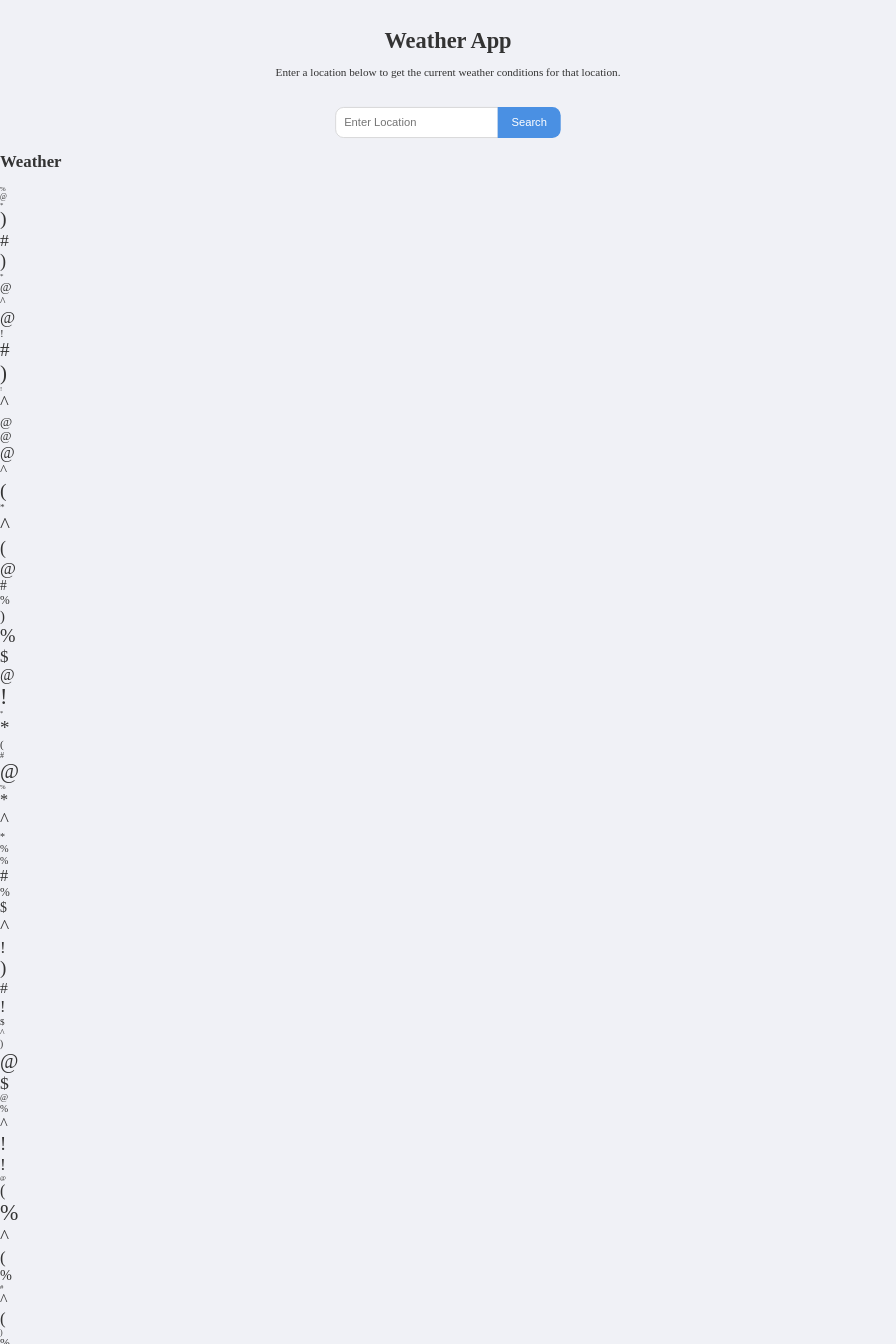
Repository: AlaaYou/Weather-App
Page: index.html
The author's editor kept a copy of each file at every save. The page is drawn from the files as they stood at one save, then again after the next save.
The browser window is 1280 px wide. The pictures show the part of the page from y = 0 to 1920 px (the page is 2708 px tall before and 728 px after), at 70% of full size.

Above is the page before, as saved 2024-10-20 23:53:21.

### index.html
<!DOCTYPE html>
<html lang="en">
  <head>
    <meta charset="UTF-8" />
    <meta name="viewport" content="width=device-width, initial-scale=1.0" />
    <link rel="stylesheet" href="styles.css" />
    <title>Weather App</title>
  </head>
  <body>
    <!-- Header -->
    <header>
      <h1>Weather App</h1><br>
      <p>
        Enter a location below to get the current weather conditions for that
        location.
      </p>
    </header>
    <!-- main content -->
    <main>
      <!-- search box -->
      <section class="search-box">
        <input type="text" id="location-input" placeholder="Enter Location" />

        <button id="search-button">Search</button>
      </section>
      <!-- errror /loading -->
      <div id="loading" style="display: none">Loading...</div>
      <div id="error" style="display: none">Error data Not Found</div>
      <!-- weather content -->
      <section
        class="weather-display"
        id="weather-display"
        style="display: none"
      >
        <div class="temp-display"><span id="temperature">--</span> °C</div>
        <div class="condition-display">
          <span id="condition">--</span>
        </div>

        <!-- condition info -->
        <div class="condition-info">
          <span id="wind-speed">Wind Speed: --</span>
          <span id="humidity">Humidity: --</span>
        </div>
      </section>
      <div class="container">
        <div class="cloud left-cloud">
          <h2>Weather</h2>
        </div>
        <div class="cloud right-cloud">
          <h2>Weather</h2>
        </div>
      </div>
    </main>
    <!-- footer -->
    <footer>
      <p>Get To Know Your Weather Easier!</p>
    </footer>
    <!-- js goes here -->
    <script src="script.js"></script>
  </body>
</html>

### styles.css
/* Reset some default browser styles */
body,
h1,
p {
  margin: 0;
  padding: 0;
}

body {
  display: flex;
  flex-direction: column;
  min-height: 90vh;
  background-color: #f0f1f6;
  padding: 40px 0;
  color: #333;
}

main {
  flex-grow: 1;
}

header {
  text-align: center;
  margin-bottom: 20px;
}

.search-box {
  display: flex;
  justify-content: center;
  align-items: center;
  margin: 20px 0;
}

input[type="text"] {
  padding: 12px;
  border: 1px solid #ccc;
  border-radius: 12px 0 0 12px;
  font-size: 1em;
  width: auto;
  margin-right: -1px;
}
button {
  background-color: #4a90e3;
  color: #ffff;
  border: none;
  border-radius: 0 12px 12px 0;
  padding: 13px 20px;
  cursor: pointer;
  font-size: 1em;
  transition: background-color 0.3s ease;
}

button:hover {
  background-color: #035dcb;
}

/* Weather content */
.weather-display {
  text-align: center;
  padding: 20px;
}

.temp-display,
.condition-display {
  font-size: 2.5em;
  margin-bottom: 10px;
}

.condition-info span {
  margin-right: 15px;
  font-size: 1.2em;
}

#loading,
#error {
  text-align: center;
  font-size: 1.2em;
  margin-top: 20px;
}
#loading {
  color: #4a90e3;
}
#error {
  color: red;
}
footer {
  text-align: center;
  background-color: #035dcb;
  color: #ffff;
  padding: 12px 0;
  border-top: 1px solid #333;
  font-size: 0.9em;
}

### script.js
async function fetchWeather(location) {
    //api
    const apiKey = "094b545dde613af5667ba10639a224f8";
    const url = `http://api.openweathermap.org/data/2.5/weather?q=${location}&appid=${apiKey}&units=metric`;
    const response = await fetch(url);

    if (response.ok) {
      const data = await response.json();
      return data;
    } else {
      throw new Error("Failed to fetch weather data");
    }
  }
  //Display the weather
  function dispplayWeather(data) {
    console.log(data);
    //select the  DOM
    const weatherDisplay = document.getElementById("weather-display");
    const temperature = document.getElementById("temperature");
    const condition = document.getElementById("condition");
    const windSpeed = document.getElementById("wind-speed");
    const humidity = document.getElementById("humidity");

    temperature.textContent = data.main.temp;
    condition.textContent = data.weather[0].main;
    windSpeed.textContent = `Wind Speed: ${data.wind.speed}m/s`;
    humidity.textContent = `Humidity: ${data.main.humidity}%`;
    weatherDisplay.style.display = "block";
  }

  function toggleElementVisibility(id, show) {
    const element = document.getElementById(id);
    element.style.display = show ? "block" : "none";
  }

  //DOM content Loaded
  document.addEventListener("DOMContentLoaded", () => {
    const searchButton = document.getElementById("search-button");
    const locationInput = document.getElementById("location-input");
    searchButton.addEventListener("click", async () => {
      toggleElementVisibility("loading", true); //Show loading
      toggleElementVisibility("error", false);

      //get data
      const location = locationInput.value;

      try {
        const weatherData = await fetchWeather(location);
        toggleElementVisibility("loading", false);
        dispplayWeather(weatherData);
        console.log(weatherData);
      } catch (error) {
        toggleElementVisibility("error", true);
        toggleElementVisibility("loading", false);
      }
    });
  });

  function randomText(){
    var text = ("!@#$%^*()")
    letters =text[Math.floor(Math.random() * text.length)];
    return letters;
}

function rain() {
    let cloud = document.querySelector('.cloud');
    let e = document.createElement('div');
    e.classList.add('drop');
    cloud.appendChild(e);

    let left = Math.floor(Math.random() * 300)
    let size = Math.random() * 1.5;
    let duration = Math.random() *1;

    e.innerText = randomText();
    e.style.left = left + 'px';
    e.style.fontSize = 0.5+size +'em';
    e.style.animationDuration = 1+duration+'s';

      setTimeout(function(){
      cloud.removeChild(e)
      },2000)
}

setInterval(function(){
    rain()
},20);

After the next save:
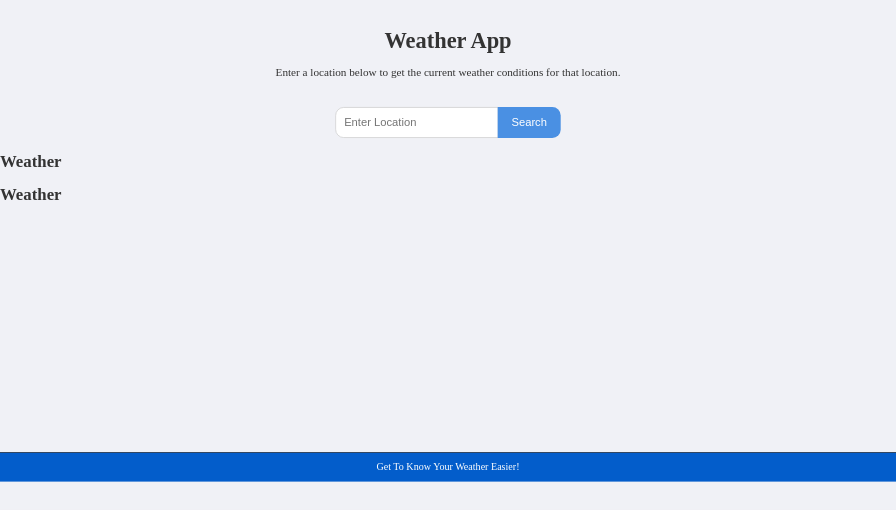
Saved 9 s later.
--- a/script.js
+++ b/script.js
@@ -1,87 +1,59 @@
+//Fetch weather
 async function fetchWeather(location) {
-    //api
-    const apiKey = "094b545dde613af5667ba10639a224f8";
-    const url = `http://api.openweathermap.org/data/2.5/weather?q=${location}&appid=${apiKey}&units=metric`;
-    const response = await fetch(url);
+  //api key
+  const apiKey = "094b545dde613af5667ba10639a224f8"; //open weather
+  const url = `http://api.openweathermap.org/data/2.5/weather?q=${location}&appid=${apiKey}&units=metric`;
+  const response = await fetch(url);
 
-    if (response.ok) {
-      const data = await response.json();
-      return data;
-    } else {
-      throw new Error("Failed to fetch weather data");
-    }
+  if (response.ok) {
+    const data = await response.json();
+    return data;
+  } else {
+    throw new Error("Failed to fetch weather data");
   }
-  //Display the weather
-  function dispplayWeather(data) {
-    console.log(data);
-    //select the  DOM
-    const weatherDisplay = document.getElementById("weather-display");
-    const temperature = document.getElementById("temperature");
-    const condition = document.getElementById("condition");
-    const windSpeed = document.getElementById("wind-speed");
-    const humidity = document.getElementById("humidity");
+}
+//Display the weather
+function dispplayWeather(data) {
+  console.log(data);
+  //select the  DOM
+  const weatherDisplay = document.getElementById("weather-display");
+  const temperature = document.getElementById("temperature");
+  const condition = document.getElementById("condition");
+  const windSpeed = document.getElementById("wind-speed");
+  const humidity = document.getElementById("humidity");
 
-    temperature.textContent = data.main.temp;
-    condition.textContent = data.weather[0].main;
-    windSpeed.textContent = `Wind Speed: ${data.wind.speed}m/s`;
-    humidity.textContent = `Humidity: ${data.main.humidity}%`;
-    weatherDisplay.style.display = "block";
-  }
-
-  function toggleElementVisibility(id, show) {
-    const element = document.getElementById(id);
-    element.style.display = show ? "block" : "none";
-  }
-
-  //DOM content Loaded
-  document.addEventListener("DOMContentLoaded", () => {
-    const searchButton = document.getElementById("search-button");
-    const locationInput = document.getElementById("location-input");
-    searchButton.addEventListener("click", async () => {
-      toggleElementVisibility("loading", true); //Show loading
-      toggleElementVisibility("error", false);
-
-      //get data
-      const location = locationInput.value;
-
-      try {
-        const weatherData = await fetchWeather(location);
-        toggleElementVisibility("loading", false);
-        dispplayWeather(weatherData);
-        console.log(weatherData);
-      } catch (error) {
-        toggleElementVisibility("error", true);
-        toggleElementVisibility("loading", false);
-      }
-    });
-  });
-
-  function randomText(){
-    var text = ("!@#$%^*()")
-    letters =text[Math.floor(Math.random() * text.length)];
-    return letters;
+  //Embed the data into DOM using js
+  temperature.textContent = data.main.temp;
+  condition.textContent = data.weather[0].main;
+  windSpeed.textContent = `Wind Speed: ${data.wind.speed}m/s`;
+  humidity.textContent = `Humidity: ${data.main.humidity}%`;
+  weatherDisplay.style.display = "block";
 }
 
-function rain() {
-    let cloud = document.querySelector('.cloud');
-    let e = document.createElement('div');
-    e.classList.add('drop');
-    cloud.appendChild(e);
+//toggle element visibility
+function toggleElementVisibility(id, show) {
+  const element = document.getElementById(id);
+  element.style.display = show ? "block" : "none";
+}
+//DOM content Loaded
+document.addEventListener("DOMContentLoaded", () => {
+  const searchButton = document.getElementById("search-button");
+  const locationInput = document.getElementById("location-input");
+  searchButton.addEventListener("click", async () => {
+    toggleElementVisibility("loading", true); //Show loading
+    toggleElementVisibility("error", false);
 
-    let left = Math.floor(Math.random() * 300)
-    let size = Math.random() * 1.5;
-    let duration = Math.random() *1;
+    //get the data the user is typing
+    const location = locationInput.value;
 
-    e.innerText = randomText();
-    e.style.left = left + 'px';
-    e.style.fontSize = 0.5+size +'em';
-    e.style.animationDuration = 1+duration+'s';
-
-      setTimeout(function(){
-      cloud.removeChild(e)
-      },2000)
-}
-
-setInterval(function(){
-    rain()
-},20);
+    try {
+      const weatherData = await fetchWeather(location);
+      toggleElementVisibility("loading", false); //hide loading
+      dispplayWeather(weatherData);
+      console.log(weatherData);
+    } catch (error) {
+      toggleElementVisibility("error", true); //hide loading
+      toggleElementVisibility("loading", false); //hide loading
+    }
+  });
+});
